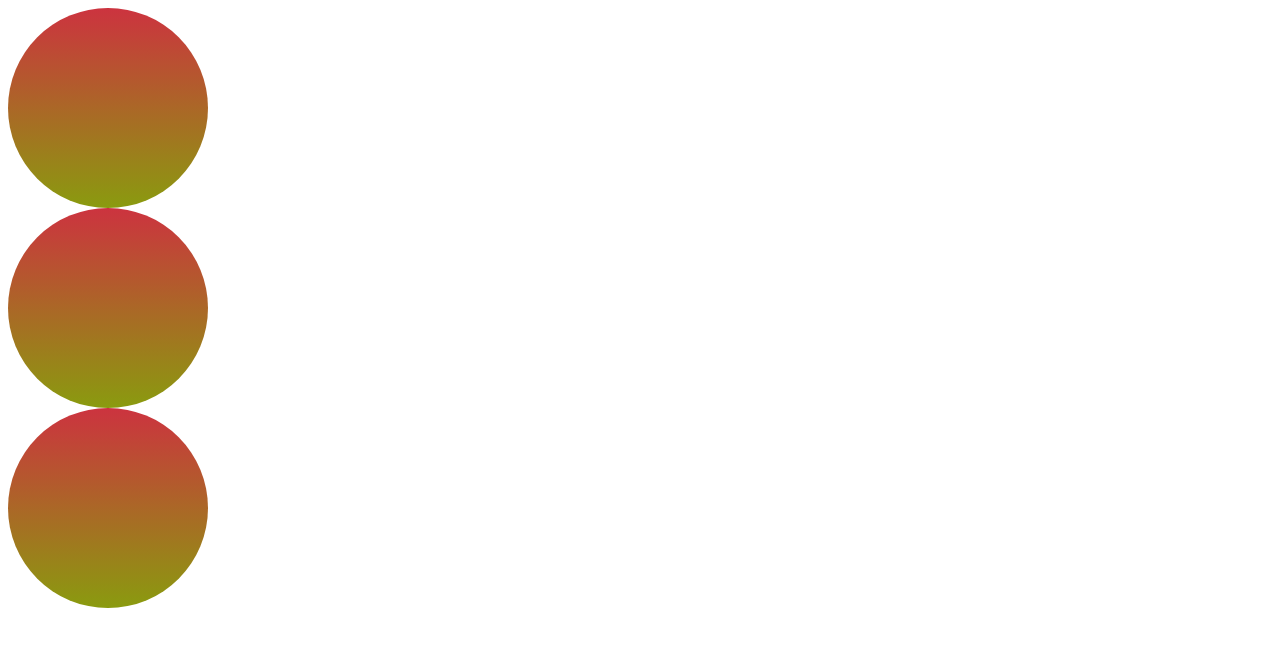
Repository: paw1nn/arcshape
Page: index.html
The author's editor kept a copy of each file at every save. The page is drawn from the files as they stood at one save, then again after the next save.
The browser window is 1280 px wide. The pictures show the whole page.

Above is the page before, as saved 2024-09-23 20:25:23.

After the next save:
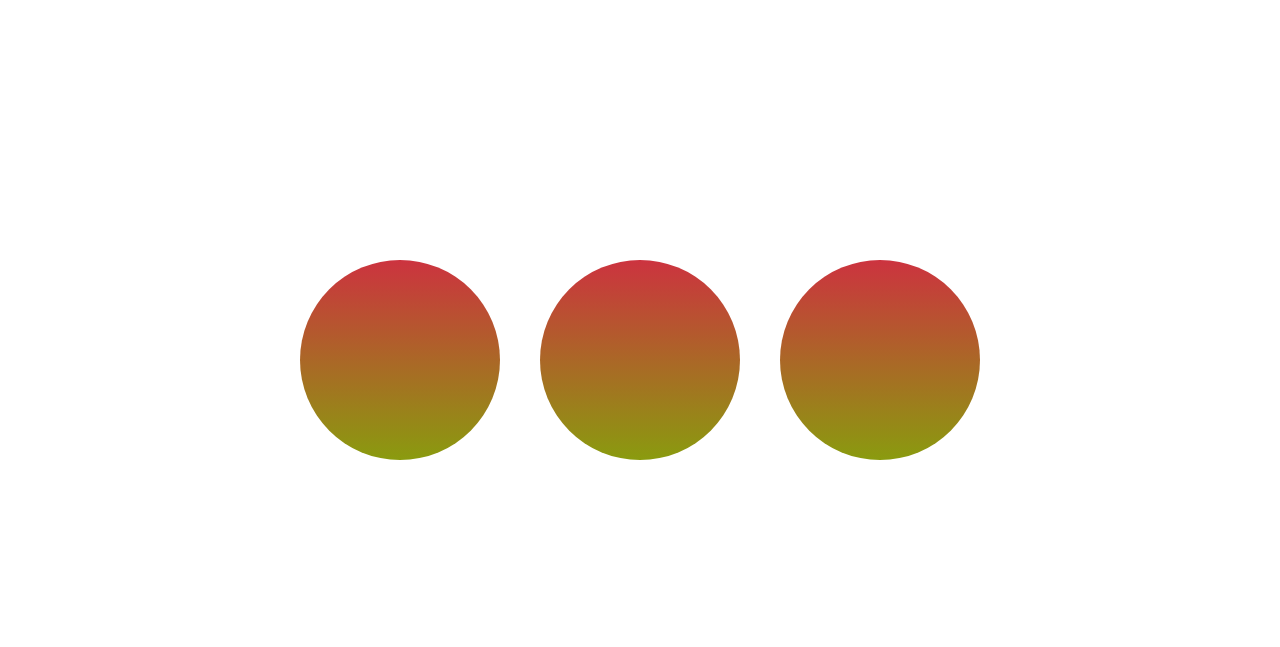
Saved 9 s later.
--- a/index.html
+++ b/index.html
@@ -24,6 +24,14 @@
 
 
     }
+    body {
+        margin: 0;
+        min-height: 100vh;
+        display: grid;
+        place-content: center;
+        grid-auto-flow: column;
+        gap: 40px; /* Space between columns */
+    }
 </style>
 </head>
 <body>
